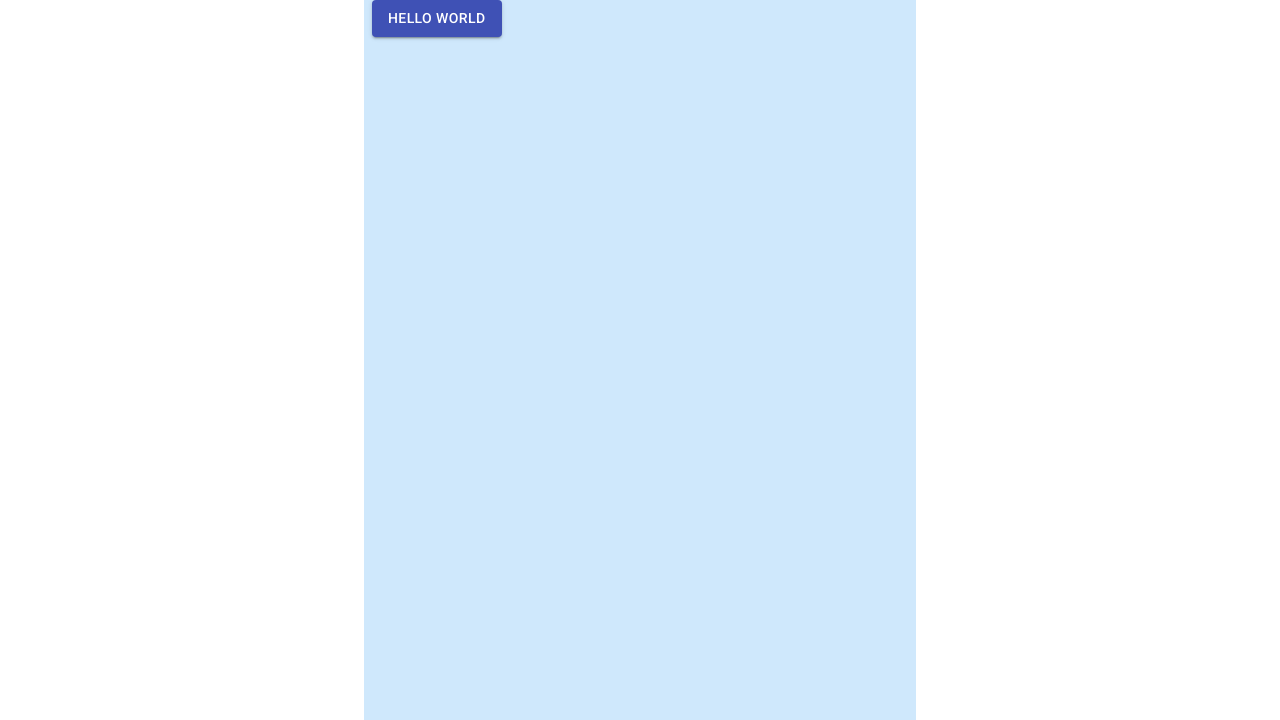
Repository: cherguiyacine/gitHubSearch
Page: /
An editor plug-in stored every save of this project. The page is shown before and after the next save, followed by the edit.
The browser window is 1280 px wide. The pictures show the whole page.
The project was rebuilt for these pictures with package versions that can differ from the ones it lists, and the page was loaded fresh each time. Also part of the build but not shown: src/Component/Layout/Navbar.js, src/Component/Users/UserItem.js, src/Component/Layout/Spinner.js, src/Component/Users/Users.js, src/Component/Users/Search.js, src/App.js.

Above is the page before, as saved 2019-11-21 23:26:47.

After the next save:
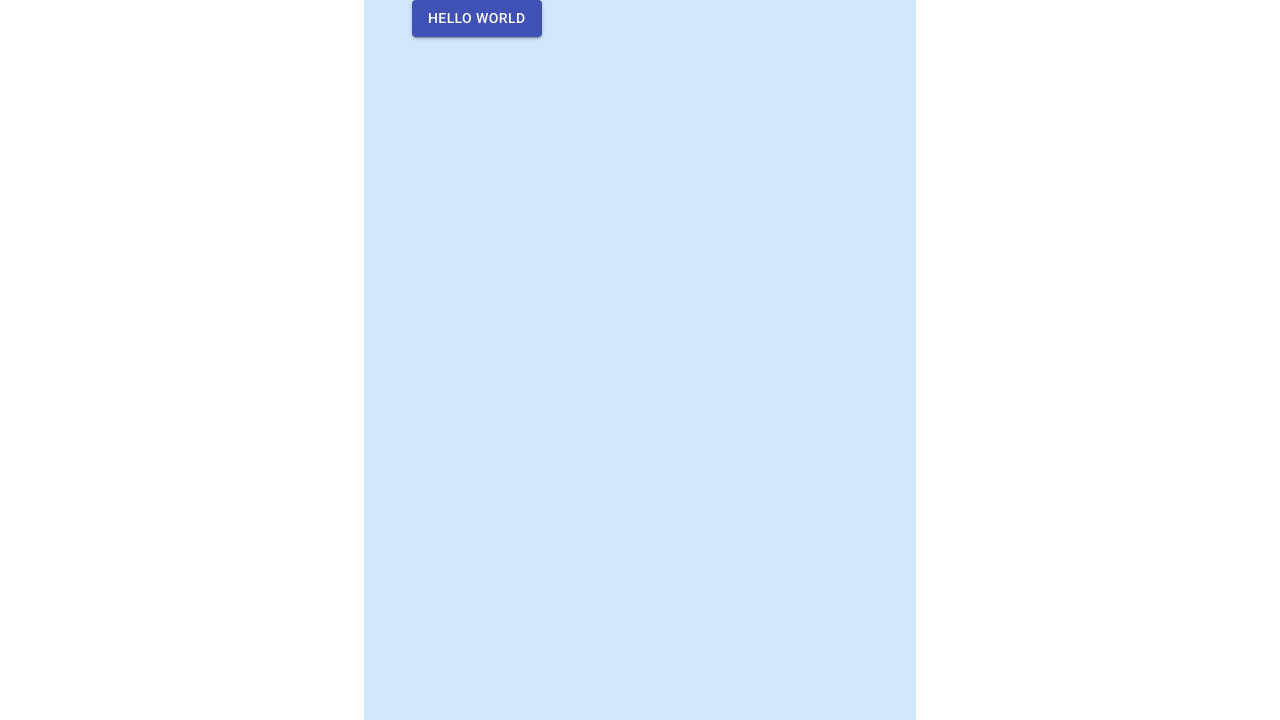
Saved 9 s later.
--- a/src/Authentification.js
+++ b/src/Authentification.js
@@ -19,7 +19,7 @@ export class Authentification extends Component {
             component='div'
             style={{ backgroundColor: "#cfe8fc", height: "100vh" }}
           >
-            <Box component='span' m={1}>
+            <Box component='span' m={6}>
               <Button variant='contained' color='primary'>
                 Hello World
               </Button>
